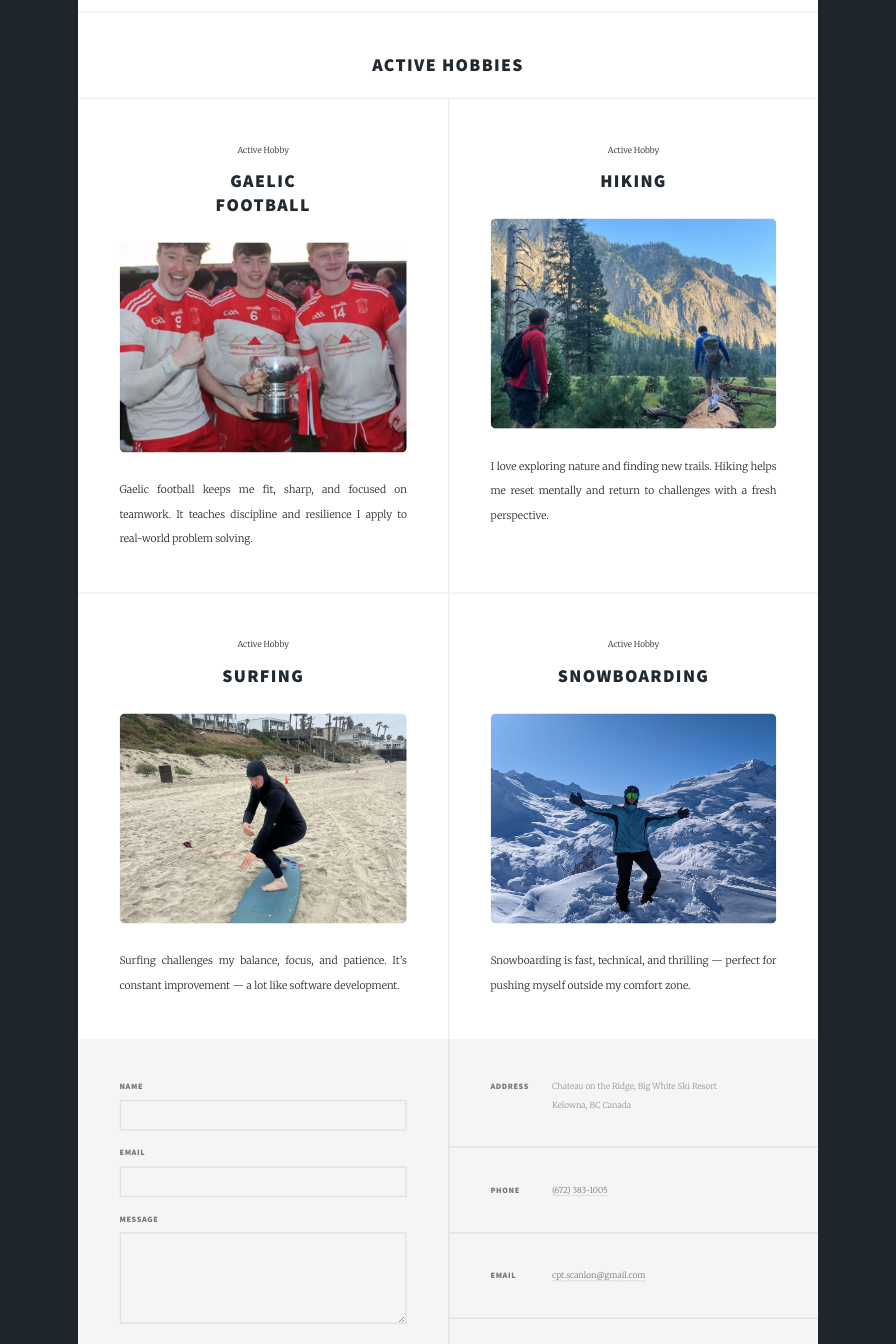
Repository: ciaranscan6/PersonalWebsite
Page: about-me.html
The author's editor kept a copy of each file at every save. The page is drawn from the files as they stood at one save, then again after the next save.
The browser window is 1280 px wide. The pictures show the part of the page from y = 2026 to 3946 px (the page is 4183 px tall before and 4150 px after), at 70% of full size.
A picture or video elsewhere on the page could not be fetched, so the positions and the page height are approximate.

Above is the page before, as saved 2025-11-22 03:54:06.

### about-me.html
<!DOCTYPE HTML>
<!--
	Massively by HTML5 UP
	html5up.net | @ajlkn
	Free for personal and commercial use under the CCA 3.0 license (html5up.net/license)
-->
<html>
	<head>
		<title>About Me</title>
		<meta charset="utf-8" />
		<meta name="viewport" content="width=device-width, initial-scale=1, user-scalable=no" />
		<link rel="stylesheet" href="assets/css/main.css" />
		<noscript><link rel="stylesheet" href="assets/css/noscript.css" /></noscript>

	</head>
	<body class="is-preload">

		<!-- Wrapper -->
			<div id="wrapper">

				<!-- Header -->
					<header id="header">
						<a href="index.html" class="logo">Ciarán Scanlon</a>
					</header>

				<!-- Nav -->
					<nav id="nav">
						<ul class="links">
							<li><a href="index.html">Projects</a></li>
							<li class="active"><a href="about-me.html">About Me</a></li>
							<li><a href="elements.html">Elements Reference</a></li>
						</ul>
						<ul class="icons">
							<li><a href="#" class="icon brands fa-linkedin"><span class="label">LinkedIn</span></a></li>
							<li><a href="#" class="icon brands fa-facebook-f"><span class="label">Facebook</span></a></li>
							<li><a href="#" class="icon brands fa-instagram"><span class="label">Instagram</span></a></li>
							<li><a href="#" class="icon brands fa-github"><span class="label">GitHub</span></a></li>
						</ul>
					</nav>

				<!-- Main -->
					<div id="main">

						<!-- Post -->
							<article class="post featured">
								<header class="major">
									<span class="date">November 21, 2025</span>
									<h1>A Bit About Me</h1>
									<p>
										I’m a 23-year-old Computer Science graduate from University College Dublin, originally from Longford, Ireland.
										I’m outgoing, adventurous, and love solving real-world problems with technology.
									</p>
								</header>

								<!-- Main portrait / banner image -->
								<div class="image main">
									<img src="images\IMG_2796.JPG" alt="Photo of Ciarán Scanlon" />
								</div>

								<!-- About Me Content -->
								<p>
									I studied Computer Science at <strong>University College Dublin (UCD)</strong>, where I developed a strong foundation in
									software development, problem solving, and working with others on challenging projects. I’m particularly interested in
									<strong>cybersecurity</strong>, <strong>sustainability</strong>, and building software that can make a meaningful difference
									to people and the planet.
								</p>

								<p>
									I enjoy working on projects where I can learn quickly, think creatively, and collaborate with others. Whether it’s
									designing secure systems, improving user experiences, or experimenting with new technologies, I’m always looking for
									opportunities to grow and contribute.
								</p>

							</article>

								<!-- CV Button -->
							<section>
									<h2 class="centered">Curriculum Vitae</h2>
									<p class="centered">
										If you’d like to see more detail about my experience, skills, and projects, you can view my CV below:
									</p>
									<ul class="actions special">
										<li>
											<a href="files\Ciarán_Scanlon_CV.pdf" target="_blank" class="button large">
												View My CV
											</a>
										</li>
									</ul>
							</section>

								<!-- Hobbies: Four mini slideshows -->
							<h2 class="centered">Active Hobbies</h2>
							<section class="posts">
									<article>
										<header>
											<span class="date">Active Hobby</span>
											<h2><a href="#">Gaelic<br>Football</a></h2>
										</header>

										<a href="#" class="image fit">
											<img id="hobby-rotator-gaelic" src="images/hobbies/gaelic1.png" alt="Gaelic football" />
										</a>

										<p>
											Gaelic football keeps me fit, sharp, and focused on teamwork. It teaches discipline and resilience I apply to real-world problem solving.
										</p>
									</article>


									<article>
										<header>
											<span class="date">Active Hobby</span>
											<h2><a href="#">Hiking</a></h2>
										</header>

										<a href="#" class="image fit">
											<img id="hobby-rotator-hiking" src="images/hobbies/hiking1.jpg" alt="Hiking" />
										</a>

										<p>
											I love exploring nature and finding new trails. Hiking helps me reset mentally and return to challenges with a fresh perspective.
										</p>
									</article>



									<article>
										<header>
											<span class="date">Active Hobby</span>
											<h2><a href="#">Surfing</a></h2>
										</header>

										<a href="#" class="image fit">
											<img id="hobby-rotator-surfing" src="images/hobbies/surf1.jpg" alt="Surfing" />
										</a>

										<p>
											Surfing challenges my balance, focus, and patience. It’s constant improvement — a lot like software development.
										</p>
									</article>



									<article>
										<header>
											<span class="date">Active Hobby</span>
											<h2><a href="#">Snowboarding</a></h2>
										</header>

										<a href="#" class="image fit">
											<img id="hobby-rotator-snow" src="images/hobbies/snow1.jpg" alt="Snowboarding" />
										</a>

										<p>
											Snowboarding is fast, technical, and thrilling — perfect for pushing myself outside my comfort zone.
										</p>
									</article>



							</section>




					</div>

				<!-- Footer -->
					<footer id="footer">
						<section>
							<form method="post" action="https://formspree.io/f/xwpzvnny">
								<div class="fields">
									<div class="field">
										<label for="name">Name</label>
										<input type="text" name="name" id="name" required />
									</div>
									<div class="field">
										<label for="email">Email</label>
										<input type="email" name="email" id="email" required />
									</div>
									<div class="field">
										<label for="message">Message</label>
										<textarea name="message" id="message" rows="3" required></textarea>
									</div>
								</div>

								<input type="hidden" name="_subject" value="New Message From Portfolio Site">

								<ul class="actions">
									<li><input type="submit" value="Send Message" /></li>
								</ul>
							</form>
						</section>

						<section class="split contact">
							<section class="alt">
								<h3>Address</h3>
								<p>Chateau on the Ridge, Big White Ski Resort<br />
								Kelowna, BC Canada</p>
							</section>
							<section>
								<h3>Phone</h3>
								<p><a href="#">(672) 383-1005</a></p>
							</section>
							<section>
								<h3>Email</h3>
								<p><a href="#">cpt.scanlon@gmail.com</a></p>
							</section>
							<section>
								<h3>Social</h3>
								<ul class="icons alt">
									<li><a href="#" class="icon brands alt fa-linkedin"><span class="label">LinkedIn</span></a></li>
									<li><a href="#" class="icon brands alt fa-instagram"><span class="label">Instagram</span></a></li>
									<li><a href="#" class="icon brands alt fa-github"><span class="label">GitHub</span></a></li>
								</ul>
							</section>
						</section>
					</footer>

				<!-- Copyright -->
					<div id="copyright">
						<ul><li>&copy; Untitled</li><li>Design: <a href="https://html5up.net">HTML5 UP</a></li></ul>
					</div>

			</div>

		<!-- Scripts -->
			<script src="assets/js/jquery.min.js"></script>
			<script src="assets/js/jquery.scrollex.min.js"></script>
			<script src="assets/js/jquery.scrolly.min.js"></script>
			<script src="assets/js/browser.min.js"></script>
			<script src="assets/js/breakpoints.min.js"></script>
			<script src="assets/js/util.js"></script>
			<script src="assets/js/main.js"></script>

			<!-- JS: mini-slideshows for each hobby -->
			<script>
				document.addEventListener('DOMContentLoaded', function () {

					const rotators = [
						{
							id: 'hobby-rotator-gaelic',
							images: ['images/hobbies/gaelic1.png', 'images/hobbies/gaelic2.jpg']
						},
						{
							id: 'hobby-rotator-hiking',
							images: ['images/hobbies/hiking1.jpg', 'images/hobbies/hiking2.jpg', 'images/hobbies/hiking3.jpg']
						},
						{
							id: 'hobby-rotator-surfing',
							images: ['images/hobbies/surf1.jpg', 'images/hobbies/surf2.jpg']
						},
						{
							id: 'hobby-rotator-snow',
							images: ['images/hobbies/snow1.jpg', 'images/hobbies/snow2.jpg']
						}
					];

					rotators.forEach(rot => {
						const el = document.getElementById(rot.id);
						if (!el) return;

						let current = 0;

						function rotate() {
							el.classList.add('fade-out');

							setTimeout(() => {
								current = (current + 1) % rot.images.length;
								el.src = rot.images[current];
								el.classList.remove('fade-out');
							}, 400);
						}

						setInterval(rotate, 5000);
					});
				});
			</script>






	</body>
</html>

Loaded but not shown: assets/js/jquery.min.js (library); assets/js/jquery.scrollex.min.js (common file); assets/js/jquery.scrolly.min.js (common file); assets/js/browser.min.js (common file); assets/js/breakpoints.min.js (common file); assets/css/fontawesome-all.min.css (library); assets/js/util.js (587 lines, source omitted); assets/js/main.js (258 lines, source omitted); assets/css/main.css (4707 lines, source omitted)

After the next save:
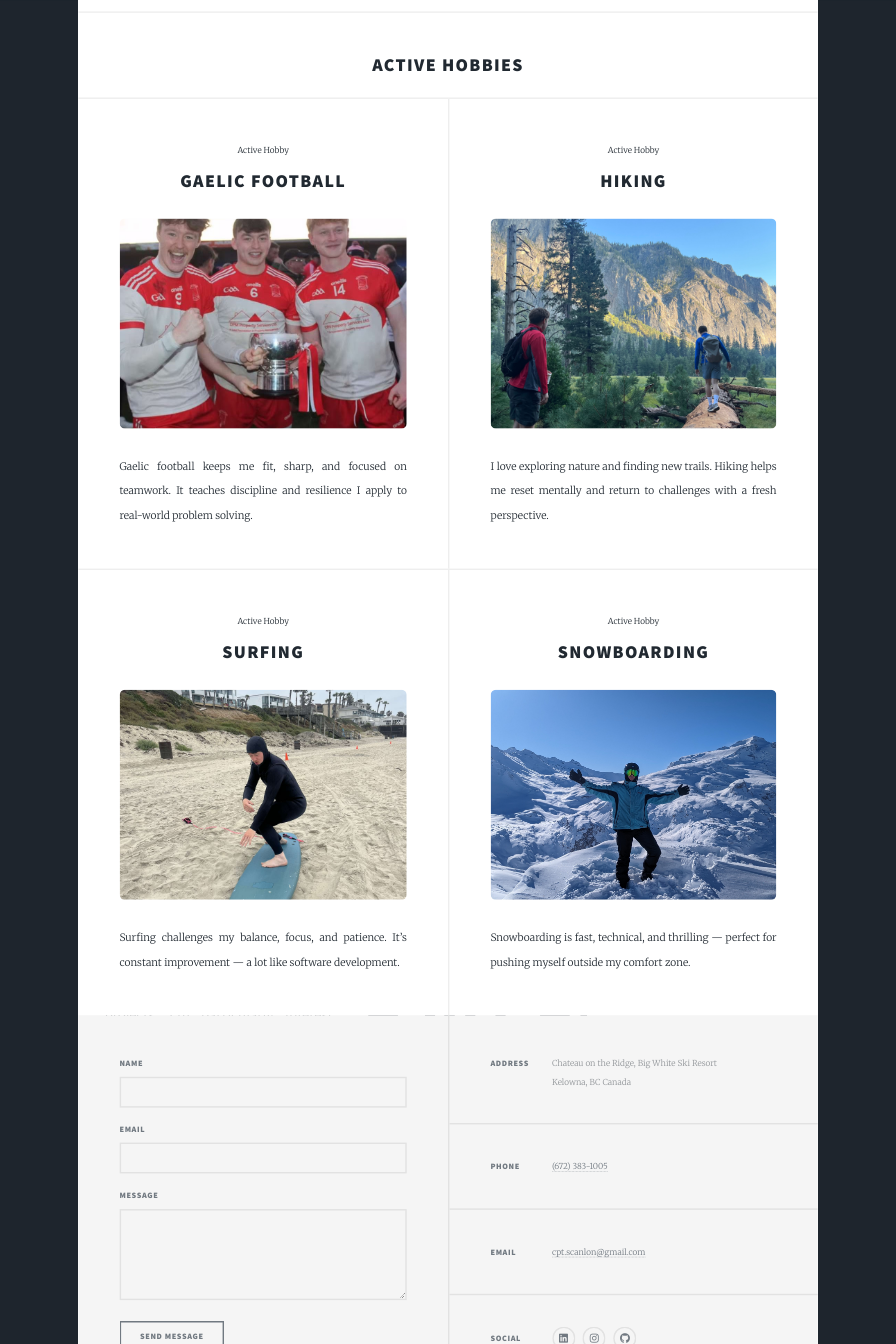
Saved 5 s later.
--- a/about-me.html
+++ b/about-me.html
@@ -94,7 +94,7 @@
 									<article>
 										<header>
 											<span class="date">Active Hobby</span>
-											<h2><a href="#">Gaelic<br>Football</a></h2>
+											<h2><a href="#">Gaelic Football</a></h2>
 										</header>
 
 										<a href="#" class="image fit">
